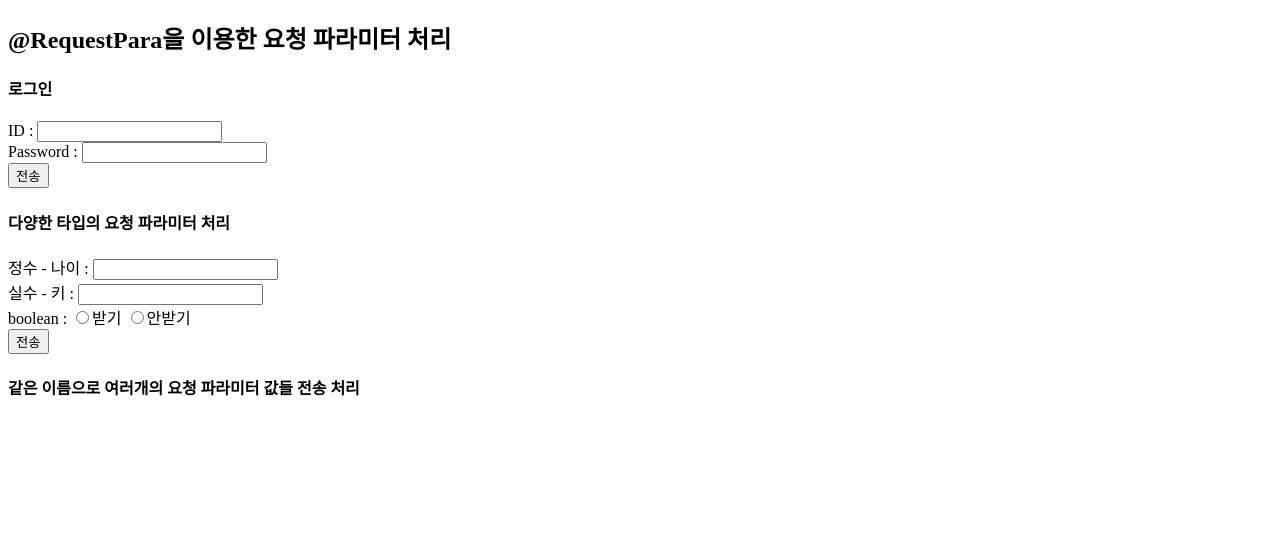
Repository: fellownew/framework_workspace
Page: http://localhost/spring_mvc_03_annotation/param/requestForm.do
The author's editor kept a copy of each file at every save. The page is drawn from the files as they stood at one save, then again after the next save.
The browser window is 1280 px wide. The pictures show the whole page.
The page is served by Tomcat 9. Other server files are loaded and not shown.

Above is the page before, as saved 2015-05-13 08:28:59.

### spring_mvc_03_annotation/WebContent/WEB-INF/view/request_form.jsp
<%@ page contentType="text/html;charset=UTF-8"%>
<!DOCTYPE html>
<html>
<head>
<meta charset="UTF-8">
<title>request_form</title>
</head>
<body>
<h2>@RequestPara을 이용한 요청 파라미터 처리</h2>
<h4>로그인</h4>
	<form action="login.do" method="post">
		ID : <input type="text" name="id"><br>
		Password : <input type="password" name="password"><br>
		<input type="submit" value="전송">
	</form>

<h4>다양한 타입의 요청 파라미터 처리</h4>
	<form action="variousType.do">
		정수 - 나이 : <input type="text" name="age"><br>
		실수 - 키 : <input type="text" name="tall"><br>
		boolean : <input type="radio" value="true" name="mailing">받기
				<input type="radio" value="false" name="mailing">안받기<br>
		<input type="submit" value="전송">
	</form>

<h4>같은 이름으로 여러개의 요청 파라미터 값들 전송 처리</h4>


</body>
</html>

After the next save:
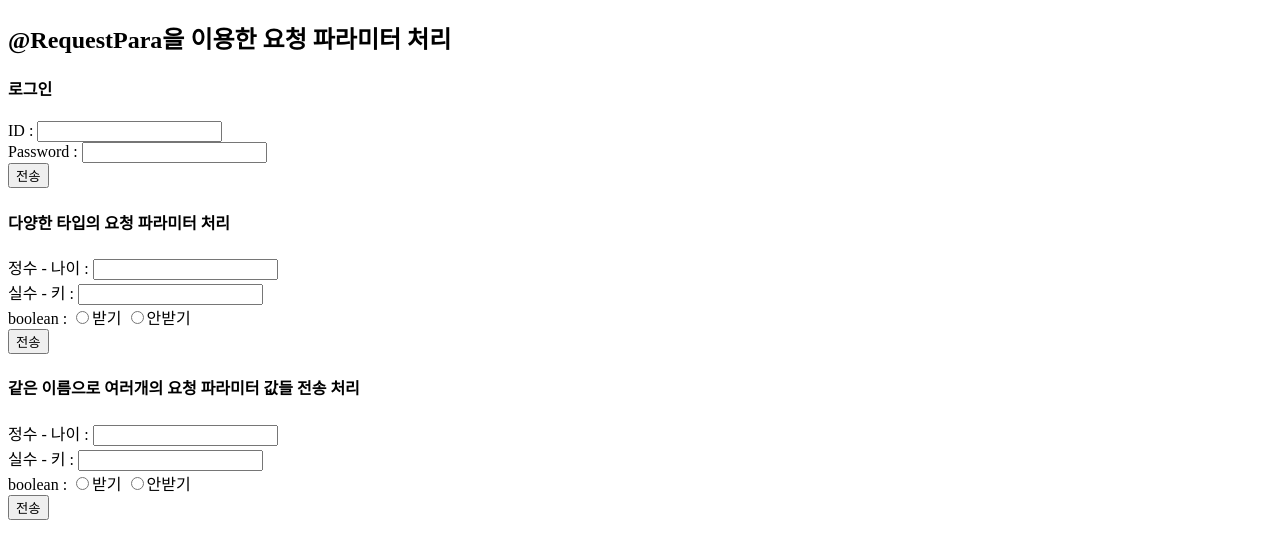
Saved 4 s later.
--- a/spring_mvc_03_annotation/WebContent/WEB-INF/view/request_form.jsp
+++ b/spring_mvc_03_annotation/WebContent/WEB-INF/view/request_form.jsp
@@ -24,7 +24,13 @@
 	</form>
 
 <h4>같은 이름으로 여러개의 요청 파라미터 값들 전송 처리</h4>
-
+	<form action="variousType.do">
+		정수 - 나이 : <input type="text" name="age"><br>
+		실수 - 키 : <input type="text" name="tall"><br>
+		boolean : <input type="radio" value="true" name="mailing">받기
+				<input type="radio" value="false" name="mailing">안받기<br>
+		<input type="submit" value="전송">
+	</form>
 
 </body>
 </html>
